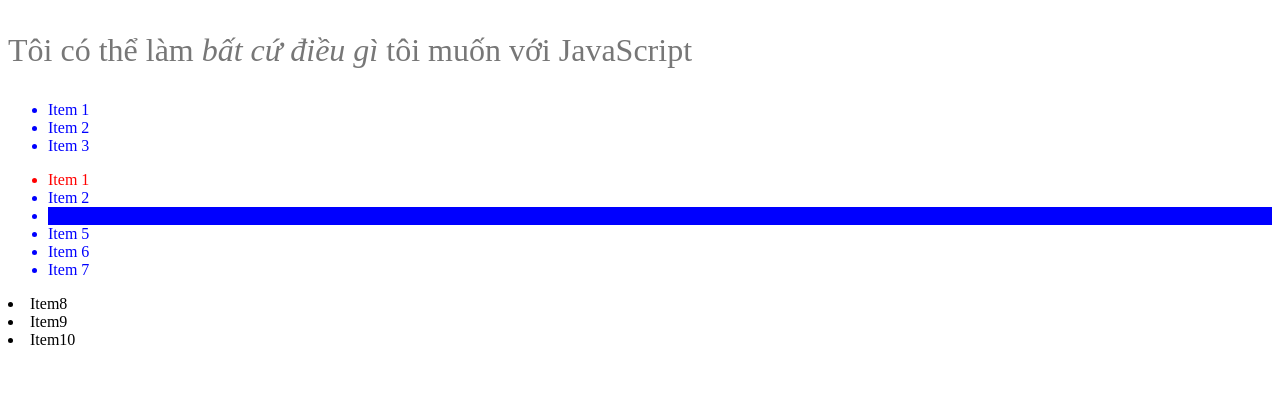
Repository: khanhnahk306/khanhnahk.github.io
Page: DOM/index.html
These files come from the project's save history. The page is drawn as it stood at one moment and after the next save; the edit follows.
The browser window is 1280 px wide. The pictures show the whole page.

Above is the page before, as saved 2022-06-03 14:09:31.
Console error (its wording comes from the project's code and is left out).

### DOM/index.html
<!DOCTYPE html>
<html lang="en">
  <head>
    <meta charset="UTF-8" />
    <meta http-equiv="X-UA-Compatible" content="IE=edge" />
    <meta name="viewport" content="width=device-width, initial-scale=1.0" />
    <title>DOM</title>
  </head>
  <body>
    <p id="text">
      Mặt khác, các phần tử DOM đều là các node trên cây cấu trúc DOM
    </p>

    <ul>
      <li>Item 1</li>
      <li>Item 2</li>
      <li>Item 3</li>
    </ul>

    <ul id="list">
      <li id="1">Item 1</li>
      <li>Item 2</li>
      <li id="3">Item 3</li>
      <li id="4">Item 4</li>
      <li>Item 5</li>
      <li>Item 6</li>
      <li>Item 7</li>
    </ul>

    <script>
      let p = document.getElementById("text");
      p.style.color = "#777";
      p.style.fontSize = "2rem";
      p.innerHTML =
        "Tôi có thể làm <em> bất cứ điều gì </em> tôi muốn với JavaScript";

      const para = document.querySelectorAll("li");
      console.log(para);
      for (let i = 0; i < para.length; i++) {
        para[i].style.color = "blue";
      }

      const para1 = document.createElement("li");
      para1.innerText = "Item8";
      document.body.appendChild(para1);
      const para2 = document.createElement("li");
      para2.innerText = "Item9";
      document.body.appendChild(para2);
      const para3 = document.createElement("li");
      para3.innerText = "Item10";
      document.body.appendChild(para3);

      let li = document.getElementById("1");
      li.style.color = "red";
      let li3 = document.getElementById("3");
      li3.style.background = "blue";
      const li4 = document.getElementById("4");
      const list = document.getElementById("list");
      list.removeChild(li4);

      const para4 = document.createElement("li");
      para4.innerText = "a";

      const lili = document.getElementById("3");
      lili.insertAdjacentElement("after", para4);
    </script>
  </body>
</html>

After the next save:
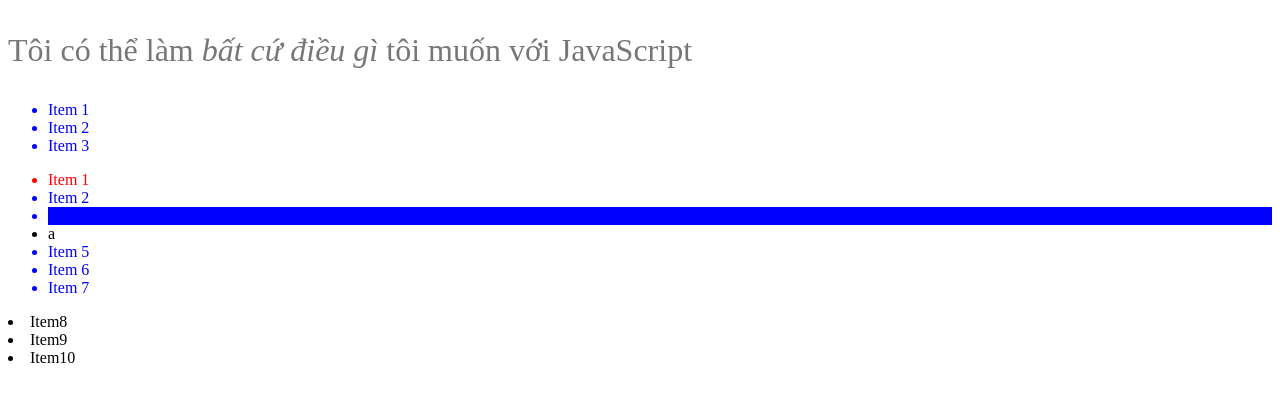
The error is gone.
Saved 11 s later.
--- a/DOM/index.html
+++ b/DOM/index.html
@@ -62,7 +62,7 @@
       para4.innerText = "a";
 
       const lili = document.getElementById("3");
-      lili.insertAdjacentElement("after", para4);
+      lili.insertAdjacentElement("afterEnd", para4);
     </script>
   </body>
 </html>
